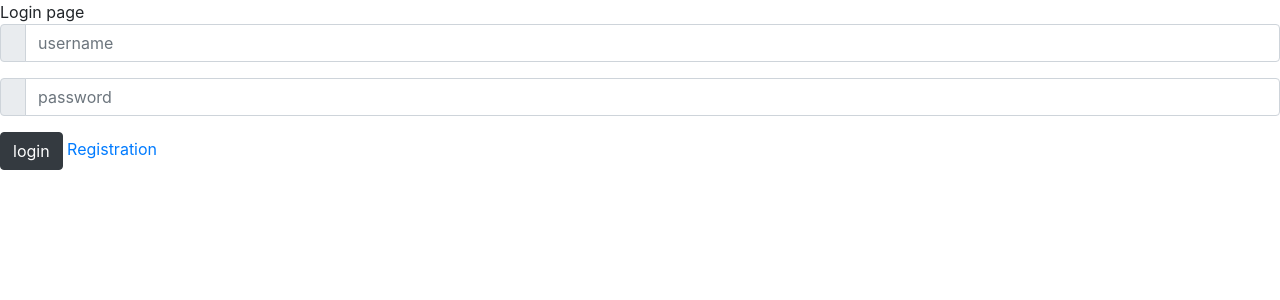
Repository: vishnushelke/LoginPage
Page: http://localhost/MyLoginPage/Login.jsp
The author's editor kept a copy of each file at every save. The page is drawn from the files as they stood at one save, then again after the next save.
The browser window is 1280 px wide. The pictures show the whole page.
The page is served by Tomcat 9.

Above is the page before, as saved 2019-10-10 06:19:29.

After the next save:
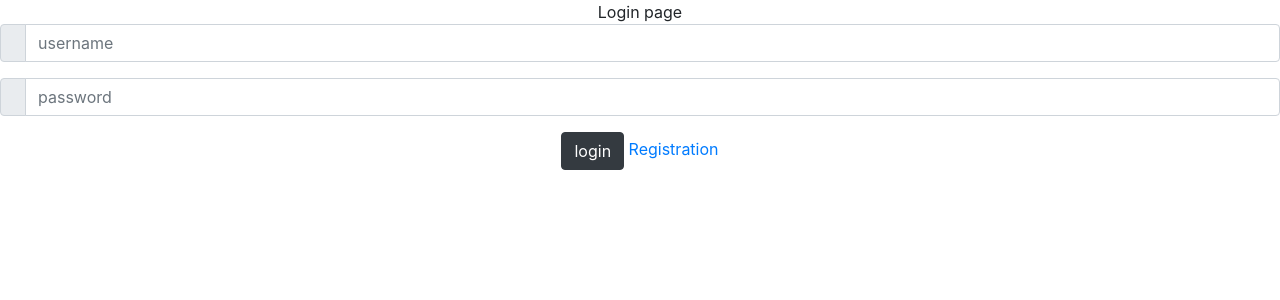
Saved 99 s later.
--- a/MyLoginPage/WebContent/Login.jsp
+++ b/MyLoginPage/WebContent/Login.jsp
@@ -16,6 +16,7 @@
 </head>
 <body>
 <form action="login" method="post">
+<div style='text-align:center'>
 Login page<br>
 <div class="input-group mb-3">
   <div class="input-group-prepend">
